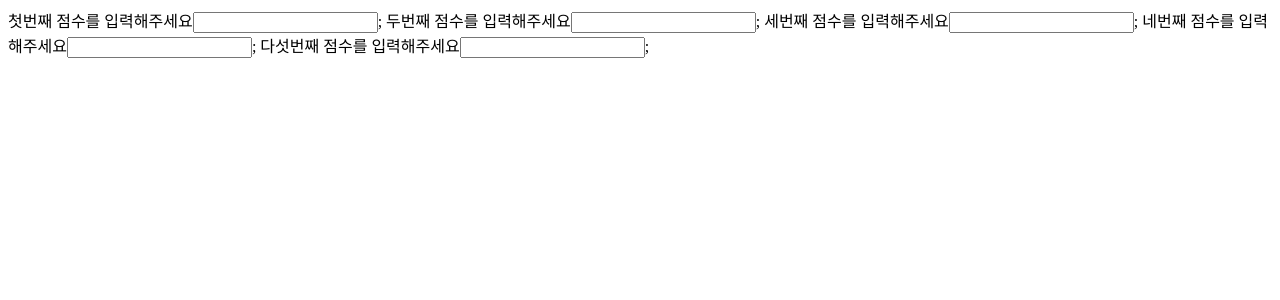
Repository: arsene-03/WorkSpace-jsp
Page: Practice/WebContent/Score.html
The author's editor kept a copy of each file at every save. The page is drawn from the files as they stood at one save, then again after the next save.
The browser window is 1280 px wide. The pictures show the whole page.

Above is the page before, as saved 2021-06-07 07:07:47.

### Practice/WebContent/Score.html
<!DOCTYPE html>
<html>
<head>
<meta charset="UTF-8">
<title>Insert title here</title>
</head>
<body>
	<form action="scoreAction" method="GET">
		첫번째 점수를 입력해주세요<input type="number" value="score1">;
		두번째 점수를 입력해주세요<input type="number" value="score2">;
		세번째 점수를 입력해주세요<input type="number" value="score3">;
		네번째 점수를 입력해주세요<input type="number" value="score4">;
		다섯번째 점수를 입력해주세요<input type="number" value="score5">;
	</form>
</body>
</html>

After the next save:
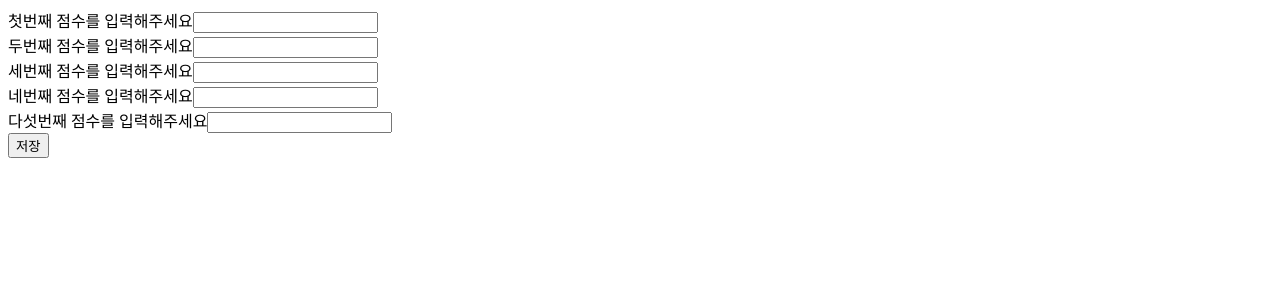
Saved 52 s later.
--- a/Practice/WebContent/Score.html
+++ b/Practice/WebContent/Score.html
@@ -6,11 +6,12 @@
 </head>
 <body>
 	<form action="scoreAction" method="GET">
-		첫번째 점수를 입력해주세요<input type="number" value="score1">;
-		두번째 점수를 입력해주세요<input type="number" value="score2">;
-		세번째 점수를 입력해주세요<input type="number" value="score3">;
-		네번째 점수를 입력해주세요<input type="number" value="score4">;
-		다섯번째 점수를 입력해주세요<input type="number" value="score5">;
+		첫번째 점수를 입력해주세요<input type="number" value="score1"> <br>
+		두번째 점수를 입력해주세요<input type="number" value="score2"> <br>
+		세번째 점수를 입력해주세요<input type="number" value="score3"> <br>
+		네번째 점수를 입력해주세요<input type="number" value="score4"> <br>
+		다섯번째 점수를 입력해주세요<input type="number" value="score5"> <br>
+		<input type="submit" value="저장">
 	</form>
 </body>
 </html>
